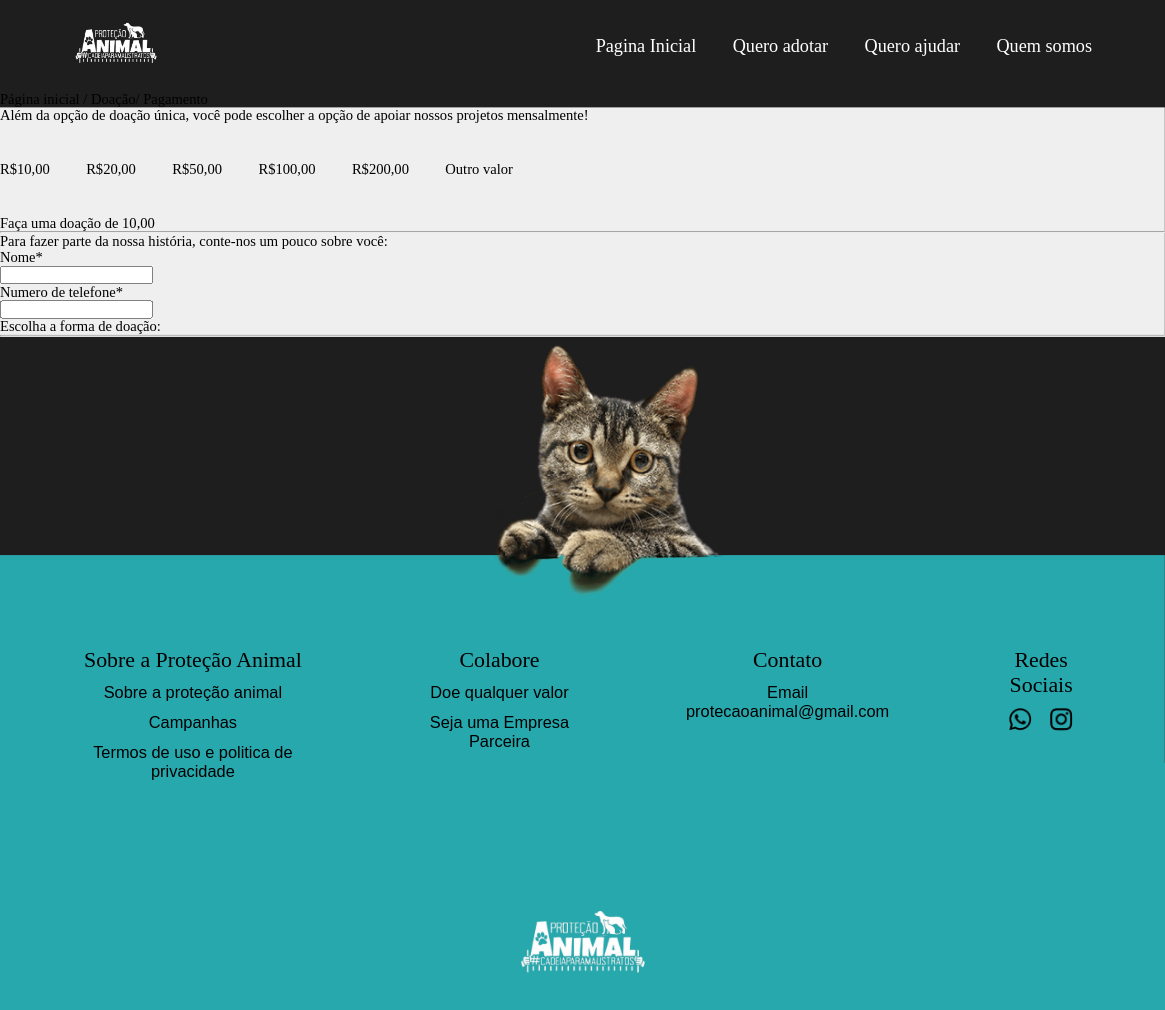
Repository: edjunior-nascimento/protecao-animal-web
Page: src/pages/formulario-doacao/index.html
The author's editor kept a copy of each file at every save. The page is drawn from the files as they stood at one save, then again after a run of saves.
The browser window is 1280 px wide. The pictures show the whole page, at 91% of full size.

Above is the page before, as saved 2025-02-22 03:52:11.

### src/pages/formulario-doacao/index.html
<!DOCTYPE html>
<html lang="pt">

<head>
    <meta charset="UTF-8">
    <meta name="viewport" content="width=device-width, initial-scale=1.0">
    <title>Proteção Animal</title>
    <link rel="preconnect" href="https://fonts.googleapis.com" />
    <link rel="preconnect" href="https://fonts.gstatic.com" crossorigin />
    <meta name="viewport" content="width=device-width, initial-scale=1.0" />
    <link rel="stylesheet" href="./style.css" />
    <link>
</head>

<body>
    <header>
        <div><img class="logo" src="/src/pages/images/logo.png" alt="logo Protecao animal" /></div>
        <nav>
            <ul>
                <li>
                    <a href="#">
                        <p>Pagina Inicial</p>
                    </a>
                </li>
                <li>
                    <a href="#">
                        <p>Quero adotar</p>
                    </a>
                </li>
                <li>
                    <a href="#">
                        <p>Quero ajudar</p>
                    </a>
                </li>
                <li>
                    <a href="#">
                        <p>Quem somos</p>
                    </a>
                </li>
            </ul>
        </nav>
    </header>
    <div>
        <div class="title">
            <p>Página inicial / Doação/ Pagamento</p>
        </div>
        <main class="container">
            <div class="sub-title">
                <p>Além da opção de doação única, você pode escolher a opção de apoiar nossos projetos mensalmente!</p>
            </div>
            <div class="valor">
                <div class="parcela">

                </div>
                <div class="cota">

                </div>
                <nav>
                    <ul>
                        <li><span>R$10,00</span></li>
                        <li><span>R$20,00</span></li>
                        <li><span>R$50,00</span></li>
                        <li><span>R$100,00</span></li>
                        <li><span>R$200,00</span></li>
                        <li><span>Outro valor</span></li>
                    </ul>
                </nav>
                <div class="res"><span>Faça uma doação de 10,00</span></div>
            </div>
            <hr>
            <div class="cad">
                <div class="sub-title">
                    <p>Para fazer parte da nossa história, conte-nos um pouco sobre você:</p>
                </div>
                <div class="dados">
                    <form action="/send" method="post" target="_blank" >
                        <label><p>Nome<span class="ast">*</span></p>
                        <input type="text" name="Nome" id="Nome*"></label>
                        <label><p>Numero de telefone<span class="ast">*</span></p><input type="text"></label>
                    </form>
                </div>
                <div class="cad">
                    <div class="sub-title">
                        <p>Escolha a forma de doação:</p>
                    </div>
                    <hr>
                    <form action="/send" method="post" target="_blank">
                        <label></label>
                        <label for=""></label>
                        <label for=""></label>
                        <label for=""></label>
                        <label for=""></label>
                        <label for=""></label>
                    </form>
                </div>
    </div>
    </main>
    <div class="gato"><img src="/src/pages/images/gato.png" alt=""></div>
    <footer>
        <div class="footer-container">
            <div class="footer-primary">
                <div class="footer-section-1">
                    <div>
                        <h4>Sobre a Proteção Animal</h4>
                    </div>
                    <div>
                        <p><a href="">Sobre a proteção animal</a></p>
                    </div>
                    <div>
                        <p><a href="">Campanhas</a></p>
                    </div>
                    <div>
                        <p><a href="">Termos de uso e politica de privacidade</a></p>
                    </div>
                </div>
                <div class="footer-section-2">
                    <div>
                        <h4>Colabore</h4>
                    </div>
                    <div>
                        <p><a href="">Doe qualquer valor</a></p>
                    </div>
                    <div>
                        <p><a href="">Seja uma Empresa Parceira</a></p>
                    </div>
                </div>
                <div class="footer-section-3">
                    <div>
                        <h4>Contato</h4>
                    </div>
                    <div>
                        <p>Email</p>
                        <p><a href="mailto:protecaoanimal@gmail.com">protecaoanimal@gmail.com</a></p>
                    </div>
                </div>
                <div class="footer-section-4">
                    <div>
                        <h4>Redes Sociais</h4>
                    </div>
                    <div class="social-icons">
                        <div>
                            <a href=""><img src="/src/pages/images/whatsAppIcon.png" alt="" /></a>
                        </div>
                        <div>
                            <a href=""><img src="/src/pages/images/instagramIcon.png" alt="" /></a>
                        </div>
                    </div>
                </div>
            </div>
        </div>
        <div class="footer-secondary">
            <img src="/src/pages/images/logo.png" alt="" />
        </div>
    </footer>
</body>

</html>

### src/pages/formulario-doacao/style.css
:root {
    --main-bg-color: #1e1e1e;
    --title-color: #27a8ad;
    --subtitle-color: #ffffff;
    --box-color: #ffffff;
    --link-nav-color: #ffffff;
    --card-title-color: #27a8ad;
    --footer-background: #27a8ad;
    --footer-font-color: #000000;
    --maim-color: #EFEFEF;
  }

  * {
    height: max-content;
    font-family: "Jockey One", serif;
    font-style: normal;
    margin: 0px;
    padding: 0px;
  }

  body {
    background-color: var(--main-bg-color);

  }

  a {
    text-decoration: none;
  }

  header {
    height: 100px;
    display: flex;
    flex-direction: row;
    justify-content: space-between;
    padding-inline: 80px
  }
  header div {
    display: flex;
    align-items: center;
  }
  .logo {
    height: 95px;
    width: auto;
  }
  nav {
    width: auto;
    height: 100px;
    display: flex;
    align-items: center;
  }

  nav ul {
    list-style-type: none;
    display: flex;
    gap: 40px;
  }

  nav ul li a {
    color: var(--link-nav-color);
    font-size: 20px;
    font-weight: 400;
  }
main {
  background-color:var(--maim-color) ;
}





  .gato {
    margin-left: 42%;
    margin-bottom: -25px;
    height: 265px;
    max-width: auto;}

  footer {
    height: 500px;
    max-height: auto;
    background-color: var(--footer-background);
    padding-inline: 80px;
  }

  .footer-container {
      width: auto;
      height: 70%;
      display: flex;
      align-items: center;
      justify-content: center;
  }

  .footer-primary {
    display: flex;
    flex-direction: row;
    gap: 111px;
    align-items: flex-start;
    justify-content: center;
  }

  .footer-primary p a {
      color: var(--footer-font-color);
      font-family: "Arial", sans-serif;
  }

  .footer-primary h4 {
    font-size: 24px;
    font-weight: 400;
  }

  .footer-primary p {
      font-size: 18px;
      font-weight: 400;
      font-family: "Arial", sans-serif;
  }

  .footer-secondary {
    width: auto;
    height: 30%;
    display: flex;
    align-items: center;
    justify-content: center;
  }

  .footer-secondary img {
      height: 145px;
      width: auto
  }

  .footer-section-1, .footer-section-2, .footer-section-3, .footer-section-4 {
      display: flex;
      flex-direction: column;
      text-align: center;
      gap: 12px;
  }

  .footer-section-4 {
      align-items: center;
  }

  .social-icons {
      display: flex;
      flex-direction: row;
      gap: 20px;
  }

After the next 3 saves:
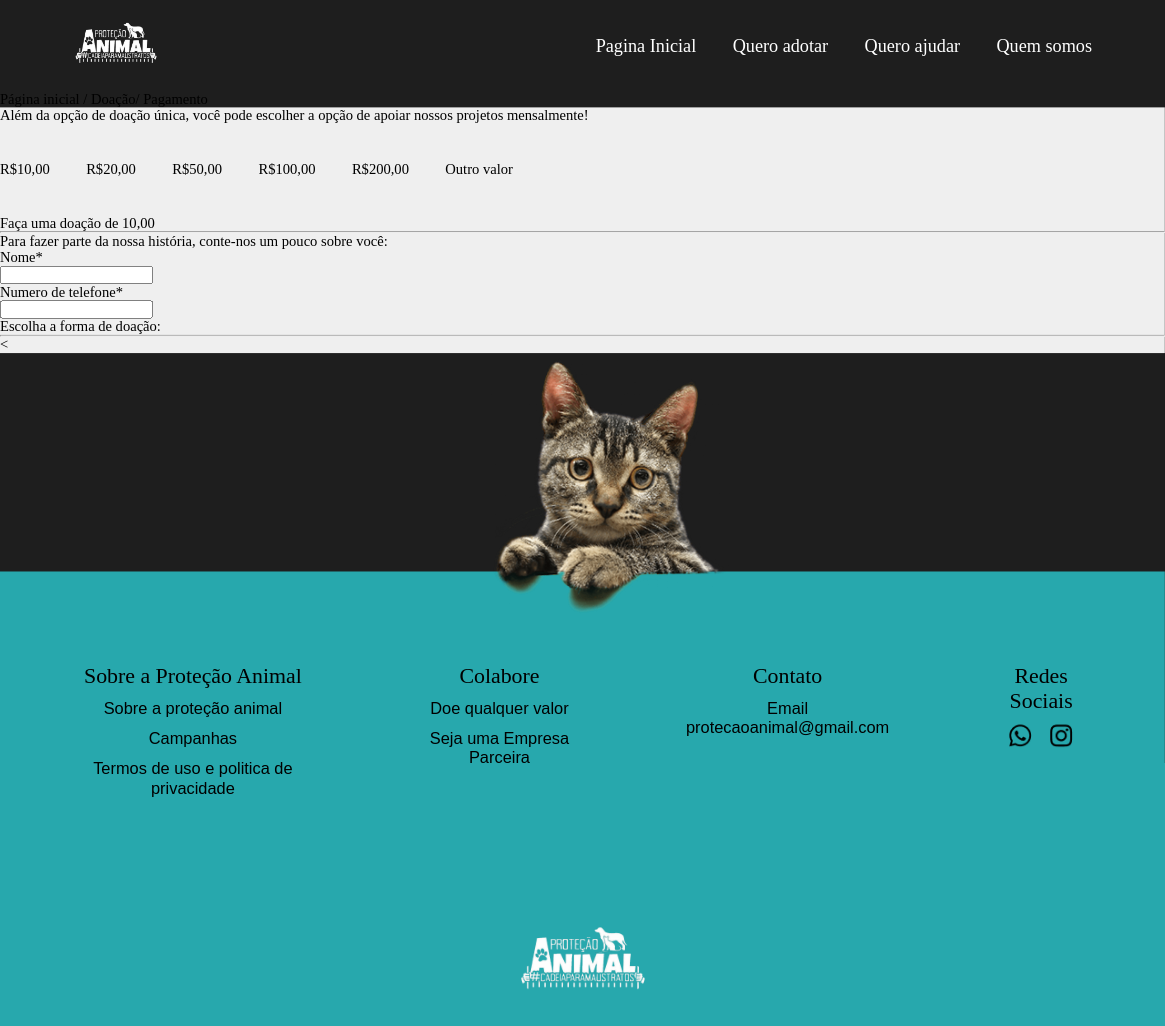
The 3 saves are shown as one change because they came seconds apart.
The last was saved 8 s later.
--- a/src/pages/formulario-doacao/index.html
+++ b/src/pages/formulario-doacao/index.html
@@ -85,7 +85,7 @@
                     </div>
                     <hr>
                     <form action="/send" method="post" target="_blank">
-                        <label></label>
+                        <label><</label>
                         <label for=""></label>
                         <label for=""></label>
                         <label for=""></label>

After the save that followed:
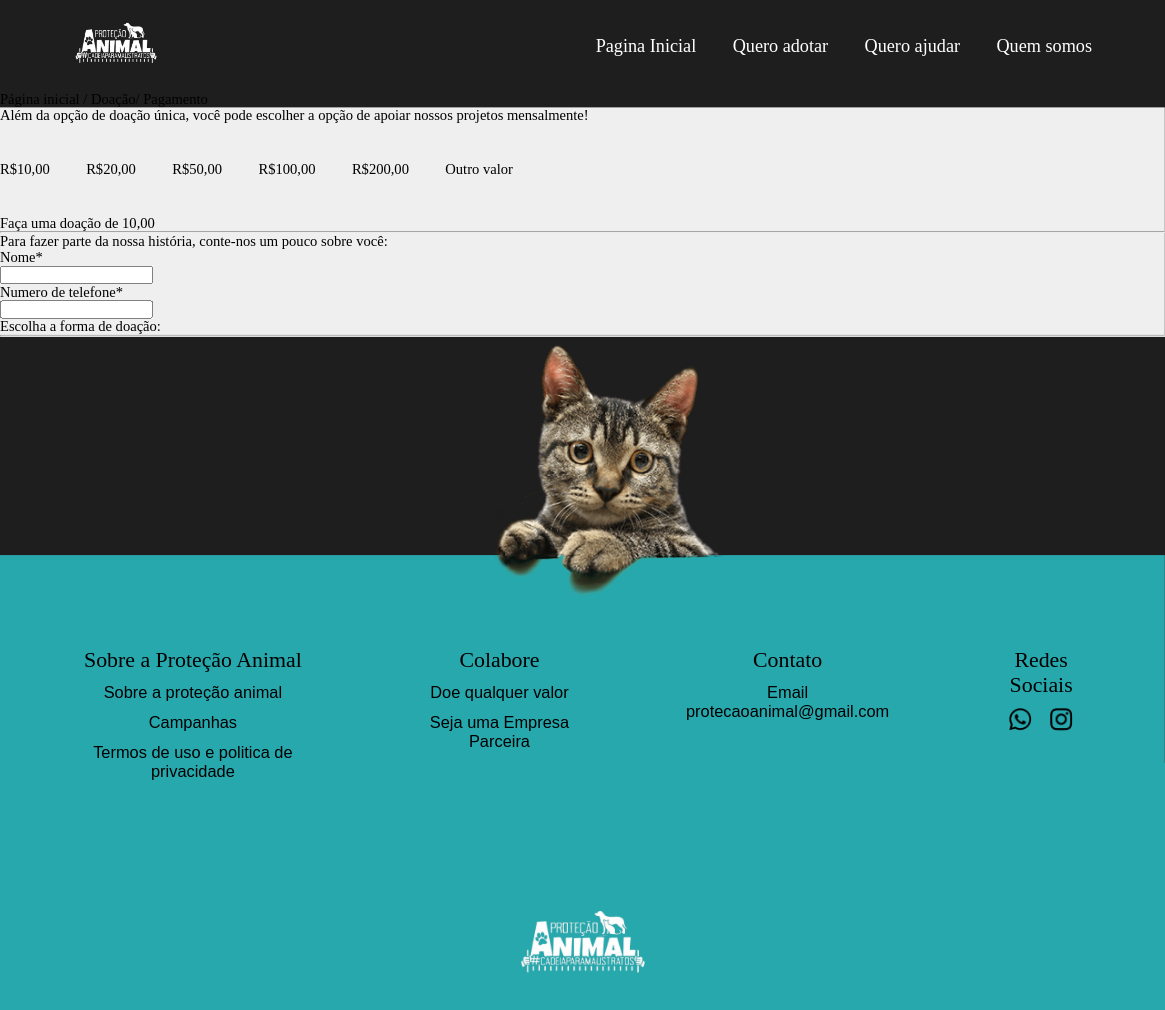
Saved 4 s later.
--- a/src/pages/formulario-doacao/index.html
+++ b/src/pages/formulario-doacao/index.html
@@ -85,7 +85,7 @@
                     </div>
                     <hr>
                     <form action="/send" method="post" target="_blank">
-                        <label><</label>
+                        <label><p></p></label>
                         <label for=""></label>
                         <label for=""></label>
                         <label for=""></label>
